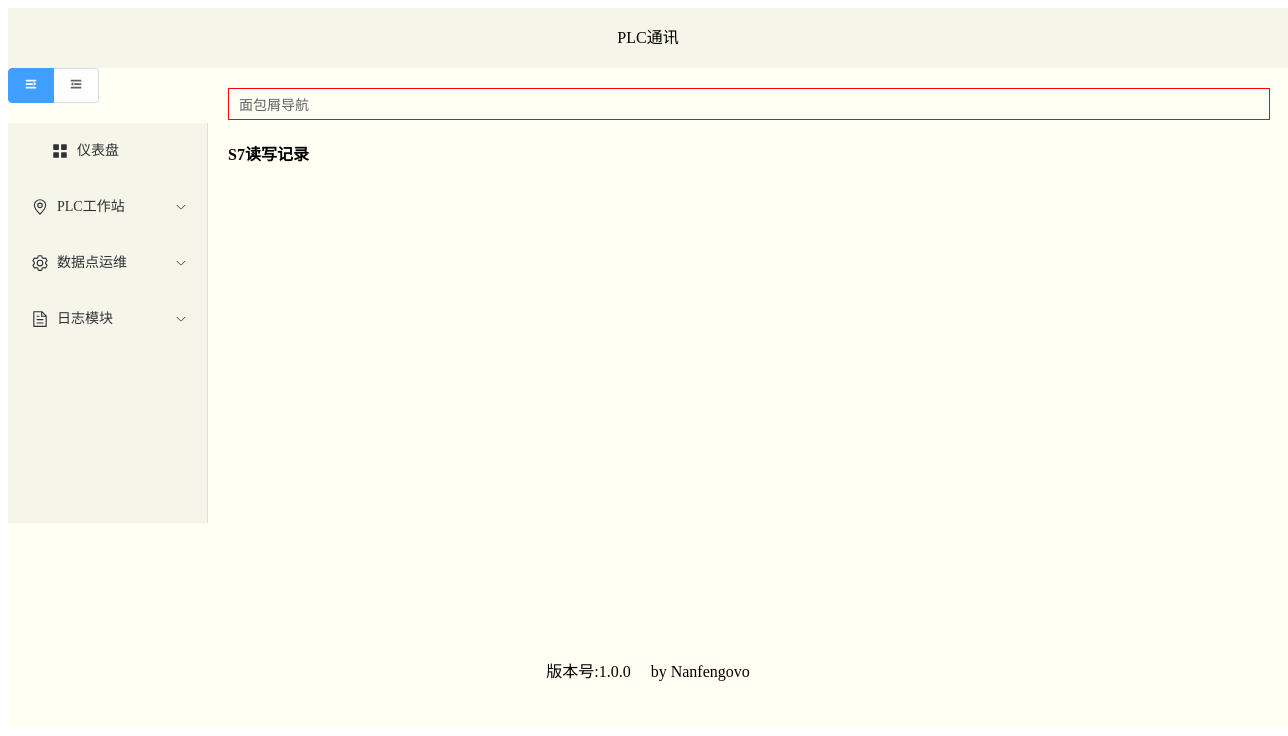
Repository: nanfengovo/HelperWorkStation
Page: /#/frameWork/PLCWorkstation/S7 (app in HelperWorkStation/plchelper-ui/)
The author's editor kept a copy of each file at every save. The page is drawn from the files as they stood at one save, then again after a run of saves.
The browser window is 1280 px wide. The page is 1288 px wide, so the pictures cover 1288 px, including what lies to the right of the window. The pictures show the whole page.
The project was rebuilt for these pictures with package versions that can differ from the ones it lists, and the page was loaded fresh each time. Also part of the build but not shown: HelperWorkStation/plchelper-ui/vite.config.ts, HelperWorkStation/plchelper-ui/src/views/Login/index.vue.

Above is the page before, as saved 2024-12-27 11:26:15.

### HelperWorkStation/plchelper-ui/index.html
<!DOCTYPE html>
<html lang="">
  <head>
    <meta charset="UTF-8">
    <link rel="icon" href="/favicon.ico">
    <meta name="viewport" content="width=device-width, initial-scale=1.0">
    <title>Vite App</title>
  </head>
  <body>
    <div id="app"></div>
    <script type="module" src="/src/main.ts"></script>
  </body>
</html>

<style>
  #app{
    /* display: flex;
    justify-content: center;
    align-items: center; */
    height: 100vh;
    width: 100vw;
  }
</style>

### HelperWorkStation/plchelper-ui/src/main.ts
// import './assets/main.css'

import { createApp } from 'vue'
import ElementPlus from 'element-plus'
import 'element-plus/dist/index.css'
import { createPinia } from 'pinia'

import App from './App.vue'
import * as ElementPlusIconsVue from '@element-plus/icons-vue'
import router from './router'

const app = createApp(App)
app.use(router)
for (const [key, component] of Object.entries(ElementPlusIconsVue)) {
    app.component(key, component)
    }
app.use(ElementPlus)
app.use(createPinia())


app.mount('#app')

### HelperWorkStation/plchelper-ui/src/App.vue
<script setup lang="ts">
import {  RouterView } from 'vue-router'
import FrameWork from './views/FrameWork/index.vue'
import Login from './views/Login/index.vue'
</script>

<template>
  <div class="app">
    <RouterView />
  </div>

  <!-- <RouterView /> -->
</template>

<style scoped>
	html,body,#app{
      height: 100%;
      width: 100%;
	}
  .app{
    height: 100%;
    width: 100%;
  }
</style>

### HelperWorkStation/plchelper-ui/src/router/index.ts
import { createMemoryHistory, createRouter, createWebHashHistory, type RouteRecordRaw } from 'vue-router'
import frameWork from '../views/FrameWork/index.vue';
import Login from '../views/Login/index.vue';
import panel from '../views/FrameWork/layout/panel/index.vue';

// const routes: RouteRecordRaw[] = [];
const routes: Array<RouteRecordRaw> = [
    {
        path: '/',
        redirect: '/login'
    },
    {
        path: '/login',
        name: 'login',
        component: Login
    },
    {
        path: '/frameWork',
        name: '主页',
        component: frameWork,
        children: [
            {
                path: '/framework/panel',
                name: '仪表板',
                component: () => import('../views/FrameWork/layout/panel/index.vue'),
            },
            {
                path: '/frameWork/PLCWorkstation/Modbus',
                name: 'PLC工作站-Modbus',
                component: () => import('../views/FrameWork/layout/PLCWorkstation/Modbus/index.vue'),
            },
            {
                path: '/frameWork/PLCWorkstation/S7',
                name: 'PLC工作站-S7',
                component: () => import('../views/FrameWork/layout/PLCWorkstation/S7/index.vue'),
            },
            {
                path: '/frameWork/PLCWorkstation/OPC',
                name: 'PLC工作站-OPC',
                component: () => import('../views/FrameWork/layout/PLCWorkstation/OPC/index.vue'),
            },
            {
                path: '/frameWork/PLCWorkstation/FinsTCP',
                name: 'PLC工作站-FinsTCP',
                component: () => import('../views/FrameWork/layout/PLCWorkstation/FinsTCP/index.vue'),
            },
            {
                path: '/frameWork/DataPointOperations/Modbus',
                name: '数据点运维-Modbus',
                component: () => import('../views/FrameWork/layout/DataPointOperations/Modbus/index.vue'),
            },
            {
                path: '/frameWork/DataPointOperations/S7',
                name: '数据点运维-S7',
                component: () => import('../views/FrameWork/layout/DataPointOperations/S7/index.vue'),
            },
            {
                path: '/frameWork/DataPointOperations/Opc',
                name: '数据点运维-Opc',
                component: () => import('../views/FrameWork/layout/DataPointOperations/OPC/index.vue'),
            },
            {
                path: '/frameWork/DataPointOperations/FinsTCP',
                name: '数据点运维-FinsTCP',
                component: () => import('../views/FrameWork/layout/DataPointOperations/FinsTCP/index.vue'),
            },
            {
                path: '/frameWork/Log/Operation',
                name: '用户操作日志',
                component: () => import('../views/FrameWork/layout/Log/Operation/index.vue'),
            },
            {
                path: '/frameWork/Log/ReadWrite',
                name: '数据点读写日志',
                component: () => import('../views/FrameWork/layout/Log/ReadWrite/index.vue'),
            },

        ],


    },
];

const router = createRouter({
    history: createWebHashHistory(),
    routes,
});

export default router;

### HelperWorkStation/plchelper-ui/src/views/FrameWork/index.vue
<template>
    <div class="common-layout">
        <el-container>
            <div class="layout-header">
                <el-header>
                    PLC通讯
                </el-header>
            </div>
            <el-container>
                <el-aside width="200px" height="100vh" >
                    <el-radio-group v-model="isCollapse" style="margin-bottom: 20px">
                        <el-radio-button :value="false"><el-icon><Expand /></el-icon></el-radio-button>
                        <el-radio-button :value="true"><el-icon><Fold /></el-icon></el-radio-button>
                    </el-radio-group>
                    <el-menu
                        background-color="#f5f5e9"
                        default-active="1"
                        class="el-menu-vertical-demo"
                        :collapse="isCollapse"
                        @open="handleOpen"
                        @close="handleClose"
                        router
                    >
                        <el-menu-item index="/frameWork/panel">
                            <el-menu-item >
                                <el-icon><icon-menu /></el-icon>
                                <template #title>仪表盘</template>
                            </el-menu-item>
                        </el-menu-item>
                        <el-sub-menu index="2">
                        <template #title>
                            <el-icon><location /></el-icon>
                            <span>PLC工作站</span>
                        </template>
                        <el-menu-item-group >
                            <el-menu-item index="/frameWork/PLCWorkstation/Modbus">Modbus模块</el-menu-item>
                            <el-menu-item index="/frameWork/PLCWorkstation/S7">S7模块</el-menu-item>
                            <el-menu-item index="/frameWork/PLCWorkstation/OPC">OPC模块</el-menu-item>
                            <el-menu-item index="/frameWork/PLCWorkstation/FinsTCP">FinsTCP模块</el-menu-item>
                        </el-menu-item-group>
                        </el-sub-menu>
                        <el-sub-menu index="3">
                        <template #title>
                            <el-icon><Setting /></el-icon>
                            <span>数据点运维</span>
                        </template>
                        <el-menu-item-group >
                            <el-menu-item index="/frameWork/DataPointOperations/Modbus">Modbus数据点配置</el-menu-item>
                            <el-menu-item index="/frameWork/DataPointOperations/S7">S7数据点配置</el-menu-item>
                            <el-menu-item index="/frameWork/DataPointOperations/Opc">OPC数据点配置</el-menu-item>
                            <el-menu-item index="/frameWork/DataPointOperations/FinsTCP">FinsTCP数据点模块</el-menu-item>
                        </el-menu-item-group>
                        </el-sub-menu>
                        <el-sub-menu index="4">
                        <template #title>
                            <el-icon><Document /></el-icon>
                            <span>日志模块</span>
                        </template>
                        <el-menu-item-group >
                            <el-menu-item index="/frameWork/Log/Operation">操作日志</el-menu-item>
                            <el-menu-item index="/frameWork/Log/ReadWrite">读写日志</el-menu-item>
                        </el-menu-item-group>
                        </el-sub-menu>
                    </el-menu>
                </el-aside>
                    <el-container>
                        <el-main>
                            <div class="main-header">
                            <div class="main-header-breadcrumb">
                                <!-- 面包屑 -->
                                <el-breadcrumb :separator-icon="ArrowRight"
                                                style="cursor: pointer; margin: 10px 0; display:inline-block;margin-left: 10px; ">
                                                <el-breadcrumb-item  >面包屑导航</el-breadcrumb-item>
                                </el-breadcrumb>
                            </div>
                            <!-- <div class="main-header-tab">
                                <el-tab>
                                    标签
                                </el-tab>
                            </div> -->
                        </div>
                            <RouterView/>
                        </el-main>
                    </el-container>
            </el-container>
                <el-footer class="fixed-footer" >
                    <span>版本号:{{SoftVersion}}</span>&nbsp;&nbsp;&nbsp;&nbsp;
                    <span>by {{ SoftAuthor }}</span>
                </el-footer>
        </el-container>
    </div>
</template>

<script lang="ts" setup>
import { ref } from 'vue'
import { useRouter } from 'vue-router';
import routes from '../../router/index';
import {
    Document,
    Menu as IconMenu,
    Location,
    Setting,
    ArrowRight,
} from '@element-plus/icons-vue'




const SoftVersion = ref('1.0.0')
const SoftAuthor = ref('Nanfengovo')


import { useRoute } from 'vue-router'
const route = useRoute()
const pathList = ref()

console.log('route', route)// 获取当前路由


const isCollapse = ref(false)

</script>

<style>
.el-menu-vertical-demo:not(.el-menu--collapse) {
    width: 200px;
    min-height: 400px;
}
.layout-header {
    background-color: #f5f5e9;
    color: black;
    text-align: center;
    line-height: 60px;
}
.common-layout{
    display: flex;
    flex-direction: column;
    min-height: 100vh;
    background-color: #fffff3;
}
.fixed-footer {
    background-color: #fffff3; /* 根据需要设置背景颜色 */
    padding: 10px; /* 根据需要设置内边距 */
    text-align: center; /* 根据需要设置文本对齐方式 */
    margin-bottom: 20px;
}
.main-header{
    border: red 1px solid;
    width: 100%;
    height: 30px;
}

.main-header-tab
{
    border: blue 1px solid;
    width: 100%;
    height: 30px;
}

</style>

### HelperWorkStation/plchelper-ui/src/views/FrameWork/layout/PLCWorkstation/S7/index.vue
<template>
    <h1>S7读写记录</h1>
    </template>
    <script setup lang = "ts">
    </script>

After the next 2 saves:
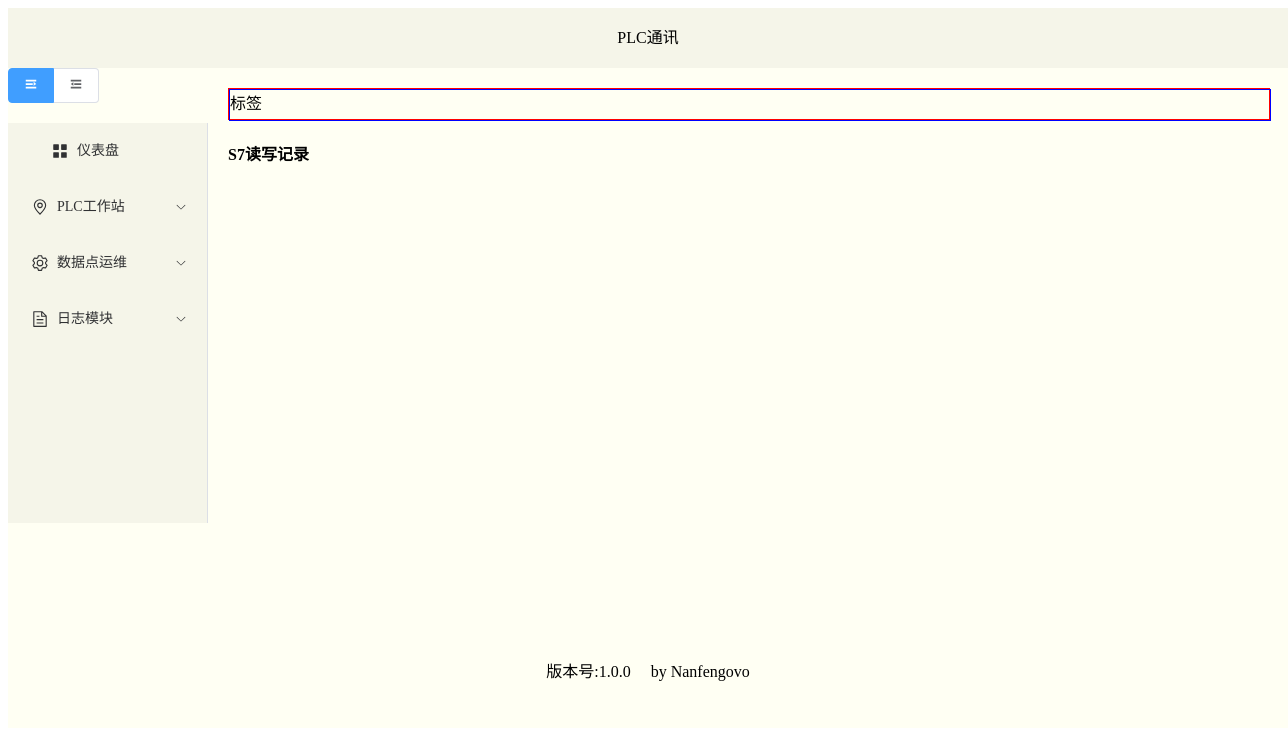
The 2 saves are shown as one change because 1 did not build or start.
The last was saved 34 s later.
--- a/HelperWorkStation/plchelper-ui/src/views/FrameWork/index.vue
+++ b/HelperWorkStation/plchelper-ui/src/views/FrameWork/index.vue
@@ -66,18 +66,18 @@
                     <el-container>
                         <el-main>
                             <div class="main-header">
-                            <div class="main-header-breadcrumb">
+                            <!-- <div class="main-header-breadcrumb"> -->
                                 <!-- 面包屑 -->
-                                <el-breadcrumb :separator-icon="ArrowRight"
+                                <!-- <el-breadcrumb :separator-icon="ArrowRight"
                                                 style="cursor: pointer; margin: 10px 0; display:inline-block;margin-left: 10px; ">
                                                 <el-breadcrumb-item  >面包屑导航</el-breadcrumb-item>
-                                </el-breadcrumb>
-                            </div>
-                            <!-- <div class="main-header-tab">
+                                </el-breadcrumb> -->
+                            <!-- </div> -->
+                            <div class="main-header-tab">
                                 <el-tab>
                                     标签
                                 </el-tab>
-                            </div> -->
+                            </div>
                         </div>
                             <RouterView/>
                         </el-main>
